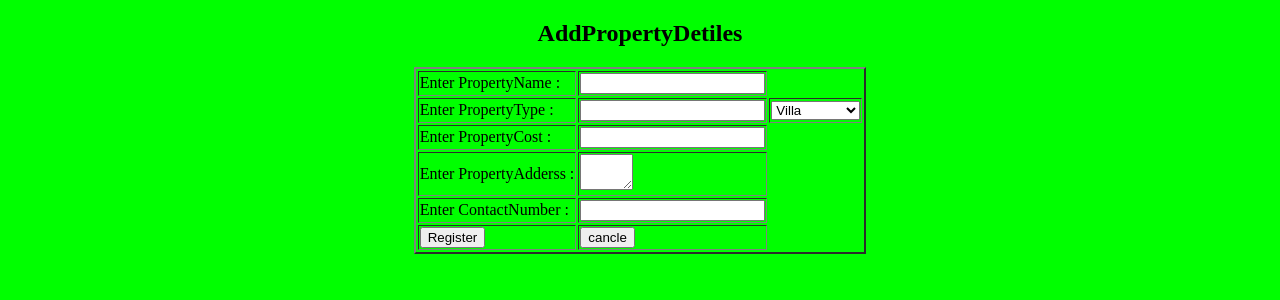
Repository: khadri2021/A2023_Task_Property_Management
Page: http://localhost/AdderssMakersWeb/Add.jsp
An editor plug-in stored every save of this project. The page is shown before and after the next save, followed by the edit.
The browser window is 1280 px wide. The pictures show the whole page.
The page is served by Tomcat 9.

Above is the page before, as saved 2024-02-11 11:46:38.

After the next save:
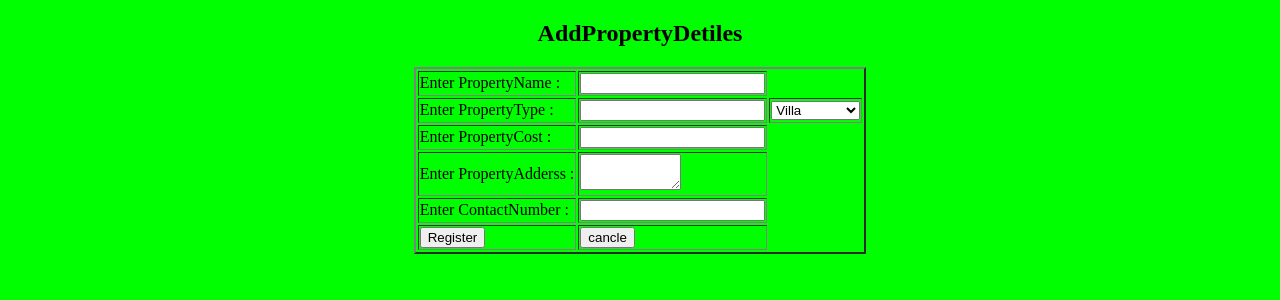
Saved 20 s later.
--- a/AdderssMakersWeb/WebContent/Add.jsp
+++ b/AdderssMakersWeb/WebContent/Add.jsp
@@ -46,7 +46,7 @@
 </tr>
 <tr>
 <td>Enter PropertyAdderss :</td>
-<td><textarea rows="2" cols="4"></textarea></td>
+<td><textarea rows="2" cols="10"></textarea></td>
 </tr>
 <tr>
 <td>Enter ContactNumber :</td>
